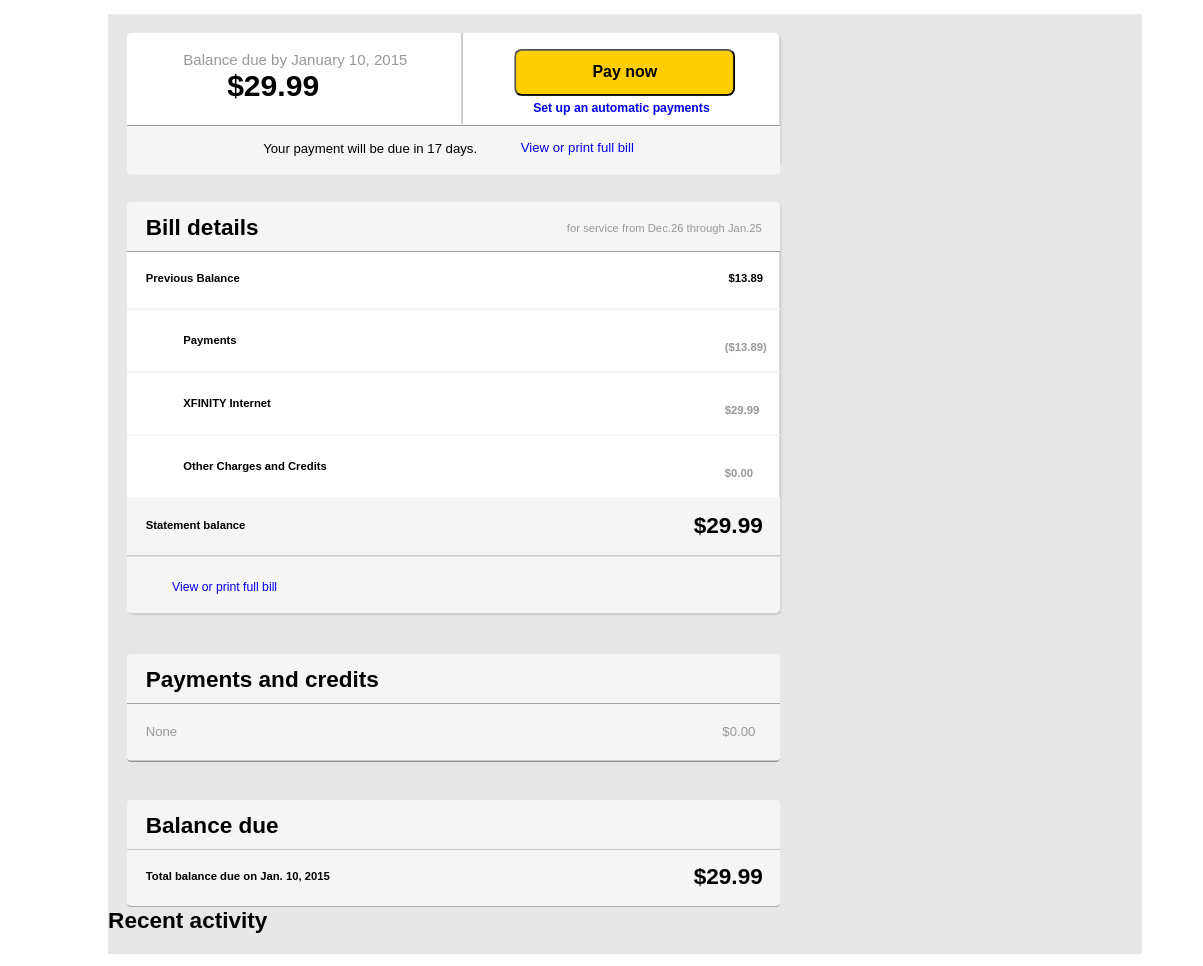
Repository: Sakivaday/UI-TSQ
Page: Aptana Studio 3 Workspace/tsq/assignment3/comcast2.html
The author's editor kept a copy of each file at every save. The page is drawn from the files as they stood at one save, then again after the next save.
The browser window is 1280 px wide. The pictures show the whole page, at 94% of full size.
Pictures or frames that could not be fetched are drawn as grey boxes.

Above is the page before, as saved 2015-01-22 00:32:48.

### Aptana Studio 3 Workspace/tsq/assignment3/comcast2.html
<!DOCTYPE html>
<html lang="en">
	<head>


		<title>comcast2</title>
		<link href="comcst2.css" rel="stylesheet" type="text/css" media="all"/>
	</head>

	<body>
		<div class="bigbox">
			<div class="topleft1">

				<div class="cash">
					<p>Balance due by January 10, 2015</p>
					<h1>$29.99</h1>
				</div>
				<div class="pay">
					<button>Pay now</button>
					<a href="#">Set up an automatic payments</a>
				</div>
				<div class="days">
					<ul><li>
					<p>Your payment will be due in 17 days.
					<a href="#">View or print full bill</a></p>
				</li></ul>
				</div>
				</div>

			<div class="topleft2">
				<div class="billdetails">
					<h2>Bill details</h2>
					<div class="questionmark"></div>
					<p>for service from Dec.26 through Jan.25</p>
				</div>
			<div class="previousbalance">
				<p id="pb">Previous Balance</p>
				<p id="cc">$13.89</p>
			</div>
			<div class="rectbox1">
				<ul>
					<li>
						<div class="arrow"><p class="lft">Payments</p>
						</div>
						<p class="bill">($13.89)</p>
					</li></ul></div>

			<div class="rectbox1">	<ul>    <li>
						<div class="arrow"><p class="lft">XFINITY Internet</p>
						</div>
						<p class="bill">$29.99</p>
			</li></ul></div>
			<div class="rectbox1"><ul>		<li>
						<div class="arrow"><p class="lft">Other Charges and Credits</p>
						</div>
						<p class="bill">$0.00</p>
			</li></ul></div>
		<div class="statement">
					<p id="sb">Statement balance</p>
					<h2 id="p">$29.99</h2>
				</div>
				<div class="lst">
				<div class="pd">
					<a href="#">View or print full bill</a>
				</div></div>
			</div>
		<div class="payments">
					<h2>Payments and credits</h2>
					<div class="questionmark"></div>
				</div>
		<div class="none">
				<p id="no">None</p>
				<p id="cash">$0.00</p>
			</div>
		<div class="balance">
					<h2>Balance due</h2>
					<div class="questionmark"></div>
				</div>
		<div class="totalbalance">
					<p id="tb">Total balance due on Jan. 10, 2015</p>
					<h2 id="dollar">$29.99</h2>
				</div>
		<div class="recentactivity">
					<h2>Recent activity</h2>
					<div class="questionmark"></div>
				</div>






		</div>



	</body>
</html>

### Aptana Studio 3 Workspace/tsq/assignment3/comcst2.css
*{
	padding:0px;
	margin:0px;
	font-family: "Arial";
	text-decoration: none;
	list-style: none;
}
.bigbox {
	width:1100px;
	height: 1000px;
	margin-left:115px;
	margin-top: 15px;
	background-color: #e7e7e7;
}
.topleft1{
	width: 694px;
	height: 140px;
	background-color: white;
	box-shadow: 2px 2px 2px #cacaca;
	border-radius: 5px;
	margin-left: 20px;
	margin-top: 20px;
	display: inline-block;
}
.cash{
	float:left;
	margin-left: 30px;
	margin-top:20px;
	width: 47%;
}
.cash p{
	color: #989896;
	margin-left: 30px;
}
.cash h1{
	text-align: center;
	margin-left: -75px;
}
button{
	background-color: #fece00;
	width: 235px;
	height: 50px;
	border-radius: 8px;
	font-weight: bold;
	font-size: 17px;
	float:left;
	margin-left: 55px;
	margin-top: 17px;
}
.pay a{
	font-size: 13px;
	font-weight:600;
	margin-left: 75px;
	padding-top: 5px;
	padding-bottom: 10px;
	display: inline-block;
}
.pay{
	width: 47%;
	float:left;
	border-left: 1px solid #989896;
}
.days{
	background-color: #F5F5F5;
	border-top: 1px solid #989896;
	height: 52px;
	width: 695px;
	margin-top: 98px;
	border-radius: 0px 0px 5px 5px;
}
.days ul li p{
	margin-left: 145px;
	margin-top: 16px;
	font-size: 14px;
}
.days ul li a{
	font-size:14px;
	margin-left: 274px;
    display:inherit;
    margin-top: -17px;
}
.pdf{
	margin-left: 500px;
	margin-top: 16px;
	font-size: 14px;
}
.topleft2{
	width: 694px;
	background-color: white;
	box-shadow: 2px 2px 2px #cacaca;
	border-radius: 5px;
	margin-left: 20px;
	margin-top: 40px;
	display: inline-block;
}
.billdetails{
    background-color: #F5F5F5;
	border-bottom: 1px solid #989896;
	height: 52px;
	width: 695px;
	border-radius: 5px 5px 0px 0px;
}
.billdetails h2{
	margin-top: 13px;
	margin-left: 20px;
	float: left;
}
.questionmark{
	background: url('pictures/sprite.png') no-repeat;
	width:14px;
	height:14px;
	background-position: -200px -1300px;
	float: left;
	margin-top: 21px;
	margin-left: 10px;
}
.billdetails p{
	margin-top: -14px;
	margin-left: 328px;
	float:left;
	font-size: 12px;
	color: #989896;
}
.previousbalance{
	border-bottom: 2px solid #F5F5F5;
	height: 60px;
	width: 695px;
}
#pb{
	margin-left:20px;
	margin-top: 21px;
	font-weight:600;
	float:left;
	font-size: 12px;
}
#cc{
	margin-left:520px;
	margin-top: 21px;
	font-weight:600;
	float: left;
	font-size: 12px;
}
.arrow{
	background: url('pictures/sprite.png') no-repeat;
	width:23px;
	height:23px;
	background-position: -101px -500px;
	float: left;
	margin-top: 21px;
	margin-left: 20px;
}
.lft{
	float: left;
	margin-top: 4px;
	margin-left: 40px;
	font-weight:600;
	font-size: 12px;
	width: 160px;
}
.bill{
	float: left;
	margin-top: -12px;
	margin-left: 636px;
	font-weight:600;
	font-size: 12px;
	color: #989896;
	display:inline-block;
}
.rectbox1{
	border-bottom: 2px solid #F5F5F5;
	height: 65px;
	width: 695px;
}
.statement{
	border-bottom: 1px solid #989896;
	height: 60px;
	width: 695px;
	background-color: #F5F5F5;
}
#sb{
	margin-left:20px;
	margin-top: 21px;
	font-weight:600;
	float:left;
	font-size: 12px;
}
#p{
	margin-left: 603px;
	margin-top: -21px;
	float: left;
}
.lst{
	height: 60px;
	width: 695px;
	background-color: #F5F5F5;
	border-radius: 0px 0px 5px 5px;
}
.pd{
	background: url('pictures/sprite.png') no-repeat;
	width:22px;
	height:27px;
	background-position: -252px -300px;
	float: left;
	margin-top: 21px;
	margin-left: 10px;
}
.lst .pd a{
	float: left;
	margin-left: 38px;
	margin-top: 4px;
	font-size: 13px;
	width: 140px;
}
.payments{
    background-color: #F5F5F5;
	border-bottom: 1px solid #989896;
	height: 52px;
	width: 695px;
	border-radius: 5px 5px 0px 0px;
	margin-left:20px;
	margin-top: 40px;
}
.payments h2{
	margin-top: 13px;
	margin-left: 20px;
	float: left;
}
.none{
	background-color: #F5F5F5;
	border-bottom: 2px solid #989896;
	height: 60px;
	width: 695px;
	border-radius: 0px 0px 5px 5px;
	margin-left:20px;
}
#no{
	margin-left:20px;
	margin-top: 21px;
	color:#989896;
	float:left;
	font-size: 14px;
}
#cash{
	margin-left:580px;
	margin-top: 21px;
	color:#989896;
	float: left;
	font-size: 14px;
}
.balance{
    background-color: #F5F5F5;
	border-bottom: 1px solid #989896;
	height: 52px;
	width: 695px;
	border-radius: 5px 5px 0px 0px;
	margin-left:20px;
	margin-top: 40px;
}
.balance h2{
	margin-top: 13px;
	margin-left: 20px;
	float: left;
}
.totalbalance{
	border-bottom: 1px solid #989896;
	height: 60px;
	width: 695px;
	background-color: #F5F5F5;
	border-radius: 0px 0px 5px 5px;
	margin-left: 20px;
}
#tb{
	margin-left:20px;
	margin-top: 21px;
	font-weight:600;
	float:left;
	font-size: 12px;
}
#dollar{
	margin-left: 603px;
	margin-top: -21px;
	float: left;
}

After the next save:
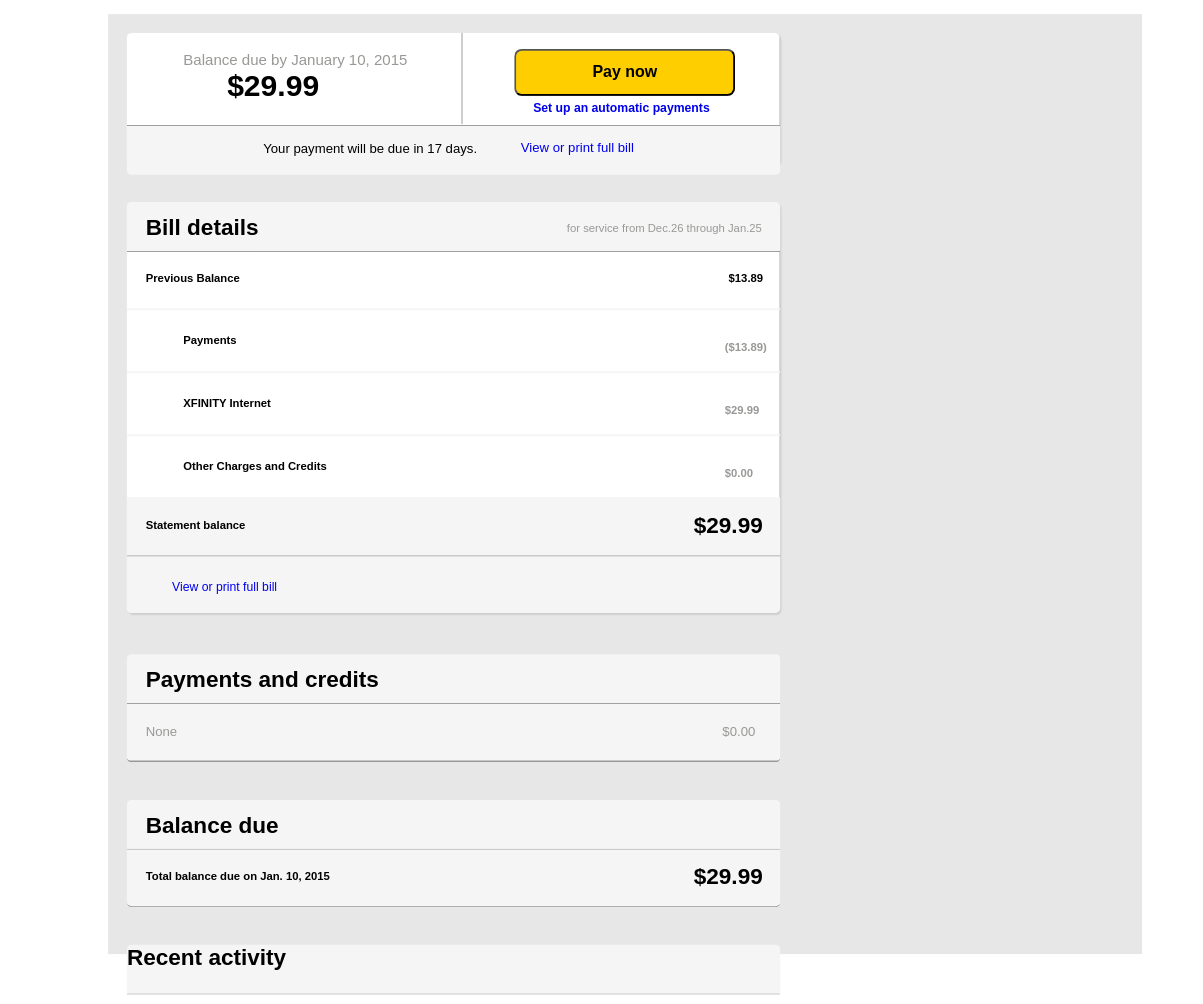
Saved 84 s later.
--- a/Aptana Studio 3 Workspace/tsq/assignment3/comcst2.css
+++ b/Aptana Studio 3 Workspace/tsq/assignment3/comcst2.css
@@ -281,3 +281,17 @@ button{
 	margin-top: -21px;
 	float: left;
 }
+.recentactivity{
+    background-color: #F5F5F5;
+	border-bottom: 1px solid #989896;
+	height: 52px;
+	width: 695px;
+	border-radius: 5px 5px 0px 0px;
+	margin-left:20px;
+	margin-top: 40px;
+}
+.balance h2{
+	margin-top: 13px;
+	margin-left: 20px;
+	float: left;
+}
